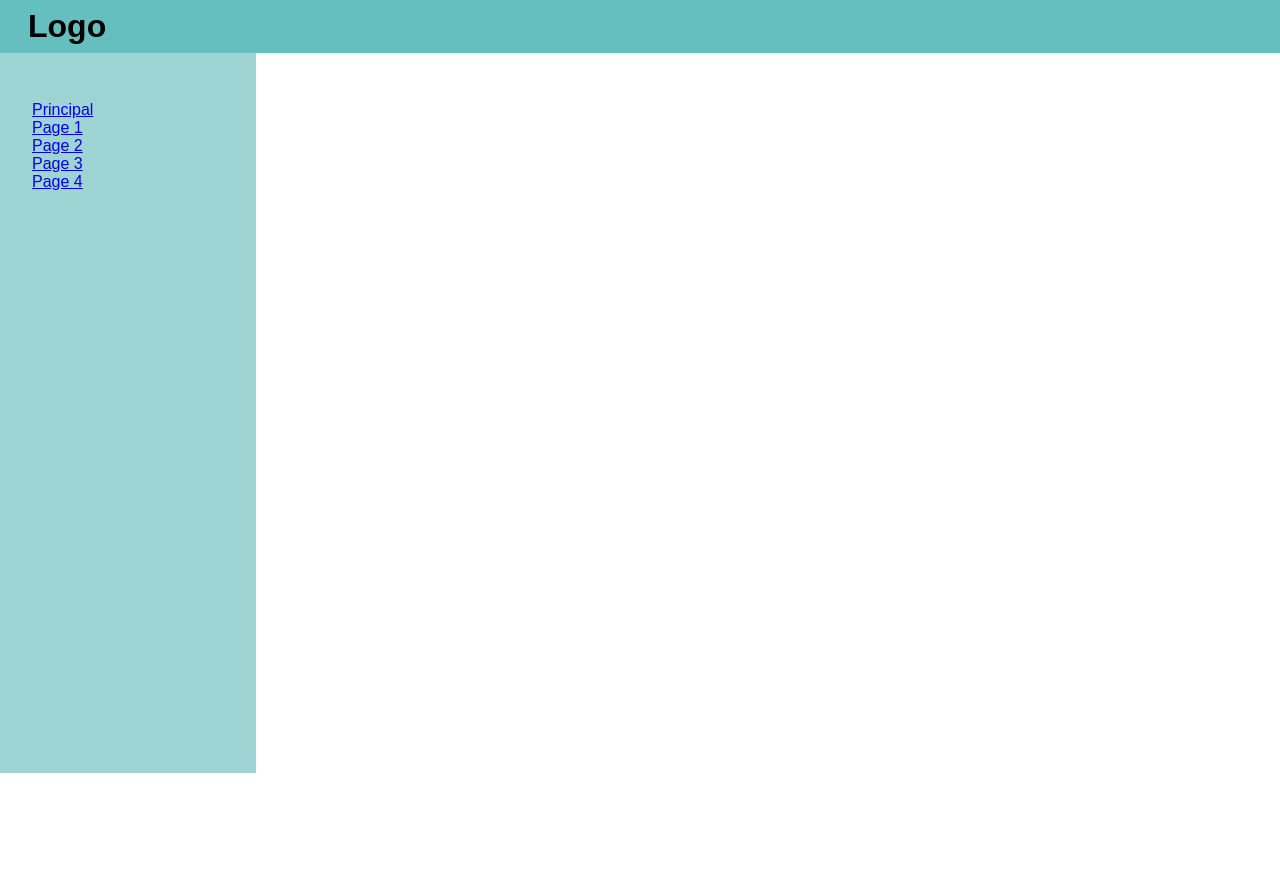
Repository: mateus-henrique-silva/Dashboard-pixel-facebook-react
Page: / (app in dashboard-pixel/)
These files come from the project's save history. The page is drawn as it stood at one moment and after the next save; the edit follows.
The browser window is 1280 px wide. The pictures show the whole page.
The project was rebuilt for these pictures with package versions that can differ from the ones it lists, and the page was loaded fresh each time.

Above is the page before, as saved 2022-07-07 17:41:29.

### dashboard-pixel/src/index.js
import React from "react";
import ReactDOM from "react-dom/client";

import App from "./App";
import reportWebVitals from "./reportWebVitals";

const root = ReactDOM.createRoot(document.getElementById("root"));
root.render(
  <React.StrictMode>
    <App />
  </React.StrictMode>
);

reportWebVitals();

### dashboard-pixel/src/App.jsx
import React from "react";
import Main from "./Components/MainPage/Main";



function App() {
  return (
    <div >
        <Main/>


    </div>
  );
}

export default App;

### dashboard-pixel/src/Components/MainPage/Main.jsx
import React from 'react'
import './Main.css'
import Header from '../Header/Header'
import SideBar from "../SideBar/SideBar"

const Main = () => {
  return (
    <div className="Main">
        <Header/>
        <SideBar/>
    </div>
  )
}

export default Main

### dashboard-pixel/src/Components/MainPage/Main.css
* {
  border: 0;
  margin: 0;
  font-family: sans-serif;
}

.Main {
  width: 100%;
  height: 100vh;
}
.startHeader{
    width: 100%;
    display: flex;
    justify-content: center;
}

### dashboard-pixel/src/Components/Header/Header.jsx
import React from 'react'
import "./Header.css"

const Header = () => {
  return (
    <div className="startHeader">

        <div className="Header">
            <h1>Logo</h1>
        </div>

    </div>
  )
}

export default Header

### dashboard-pixel/src/Components/SideBar/SideBar.jsx
import React from "react";
import "./SideBar.css";

const SideBar = () => {
  return (
    <div>
      <div className="div-sidebar">
        <div className="Menu-tag">
          <div><a href="#">Principal</a></div>

          <div><a href="#">Page 1</a></div>
          <div><a href="#">Page 2</a></div>
          <div><a href="#">Page 3</a></div>
          <div><a href="#">Page 4</a></div>
        </div>
      </div>
    </div>
  );
};

export default SideBar;

### dashboard-pixel/src/Components/Header/Header.css
.Header{
    width: 99vw;
    padding: 0.5em 0.5em ;
    background-color:#66BFBF;
    display:flex;
    align-items:center;



}

.Header h1{
    margin-left: 20px;
}

### dashboard-pixel/src/Components/SideBar/SideBar.css
.div-sidebar {
  height: 100vh;
  width: 20vw;
  background-color: #9fd4d4;
  display: grid;
}

.Menu-tag {
  height: 100%;
  padding: 3em 2em;
}

.Menu-tag div {
  margin
}

Loaded but not shown: dashboard-pixel/public/index.html (common file); dashboard-pixel/src/reportWebVitals.js (common file)

After the next save:
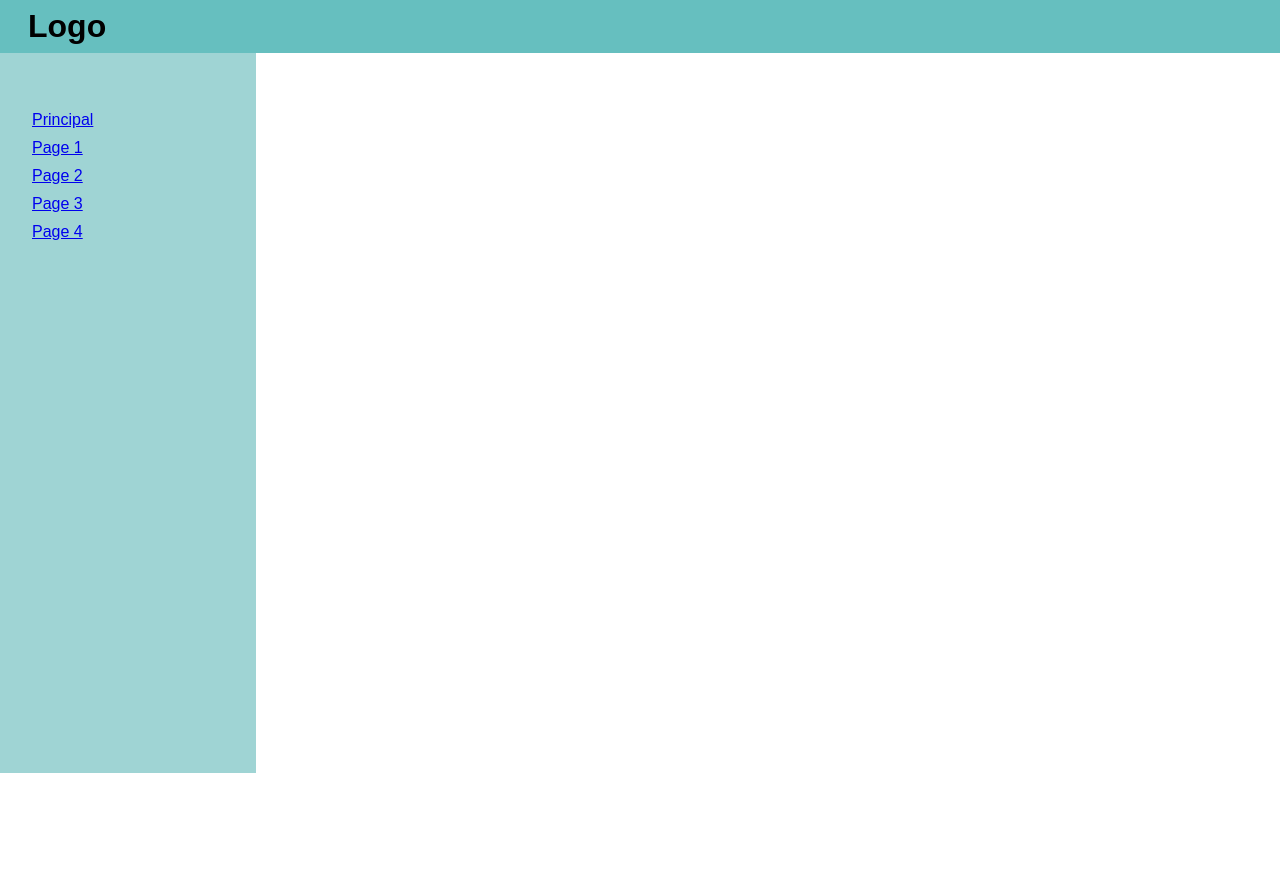
Saved 5 s later.
--- a/dashboard-pixel/src/Components/SideBar/SideBar.css
+++ b/dashboard-pixel/src/Components/SideBar/SideBar.css
@@ -11,5 +11,5 @@
 }
 
 .Menu-tag div {
-  margin
+  margin-top:10px;
 }
